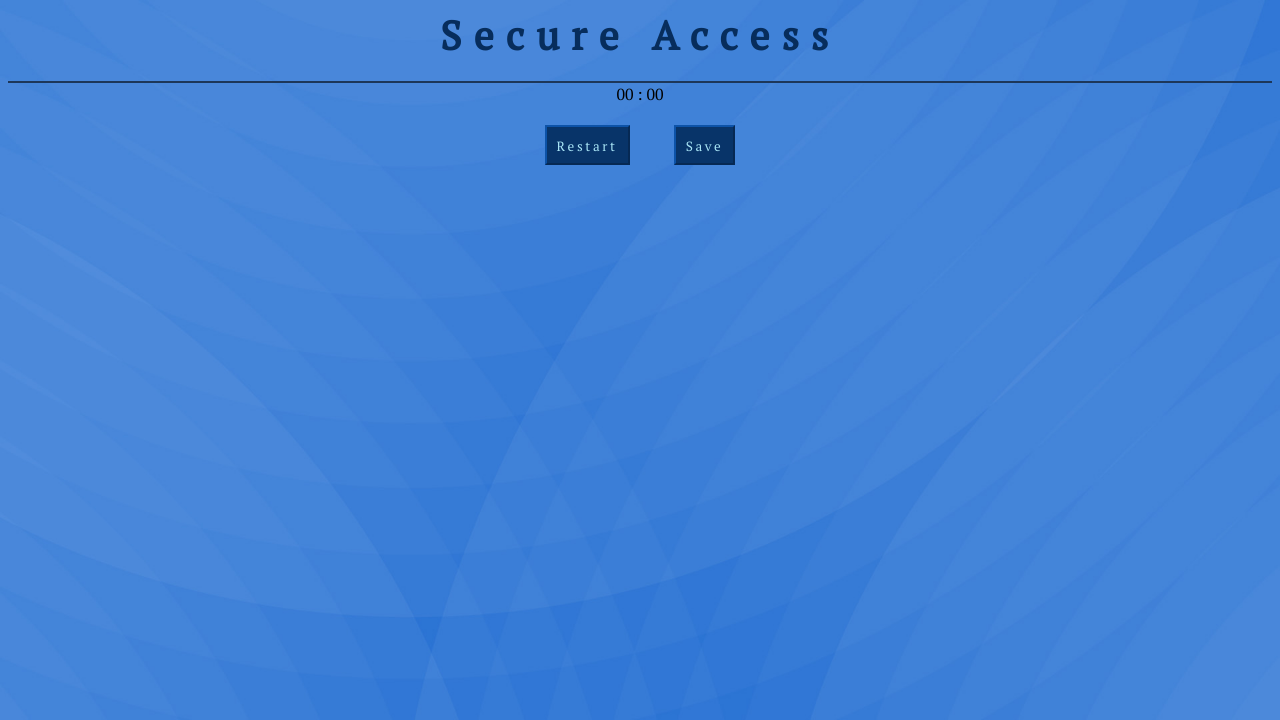
Repository: dabarreiroh/SECURE-ACCESS
Page: accessecure/templates/home/startaudio.html
The author's editor kept a copy of each file at every save. The page is drawn from the files as they stood at one save, then again after the next save.
The browser window is 1280 px wide. The pictures show the whole page.

Above is the page before, as saved 2020-03-17 00:27:27.
Console error: ReferenceError: arrancarcontador is not defined

### accessecure/templates/home/startaudio.html
<!DOCTYPE html>
<html>
    <head>
        <link rel="stylesheet" href="./../../static/admin/css/index/index.css">
        <link href="https://fonts.googleapis.com/css?family=PT+Serif&display=swap" rel="stylesheet">

    </head>
    <body>
        <h1>Secure Access</h1>



        <body onload="arrancarcontador()">
        <div id="contador" class="contador">
            0<span id="contador1" class="contador1">0</span>
            :
            <span id="contador2" class="contador2">00</span>

            <div>
                <input type="button" value="Restart" onClick="window.location.href='../'">
                <input type="button" value="Save" onClick="window.location.href='../'">
            </div>
        </div>
    </body>
</html>

### accessecure/static/admin/css/index/index.css
*{
    text-align: center;
    font-family: 'PT Serif', serif;
}

body{
    background-image: url(../../img/background.jpg);
    background-size: cover;
}

h1{
    color: #072D5C;
    /* color: #1D3759; */
    letter-spacing: 0.3em;
    font-size: 40px;
    border-bottom: 2px solid #1D3759;
    padding-bottom: 20px;
    margin: 0;
}

h3{
    color: #072D5C;
    letter-spacing: 0.1em;
    margin-bottom: 10px;
}

.options{
    border: solid #1D3759;
    border-width: 0px 0px 2px 0px;
    width: 90vw;
    margin: 0 auto;
}

input{
    margin: 20px;
    height: 40px;
    padding: 10px;
    letter-spacing: 0.2em;
    /* background-color: #072D5C;
    border: 2px solid #406FA8; */
    background-color: #083469;
    border: 2px solid #0D53A8;
    border-style: outset;
    color: #A8E4F5;
}

input:hover{
    background-color: #106903;
}

img{
    margin: 0 auto;
}

After the next save:
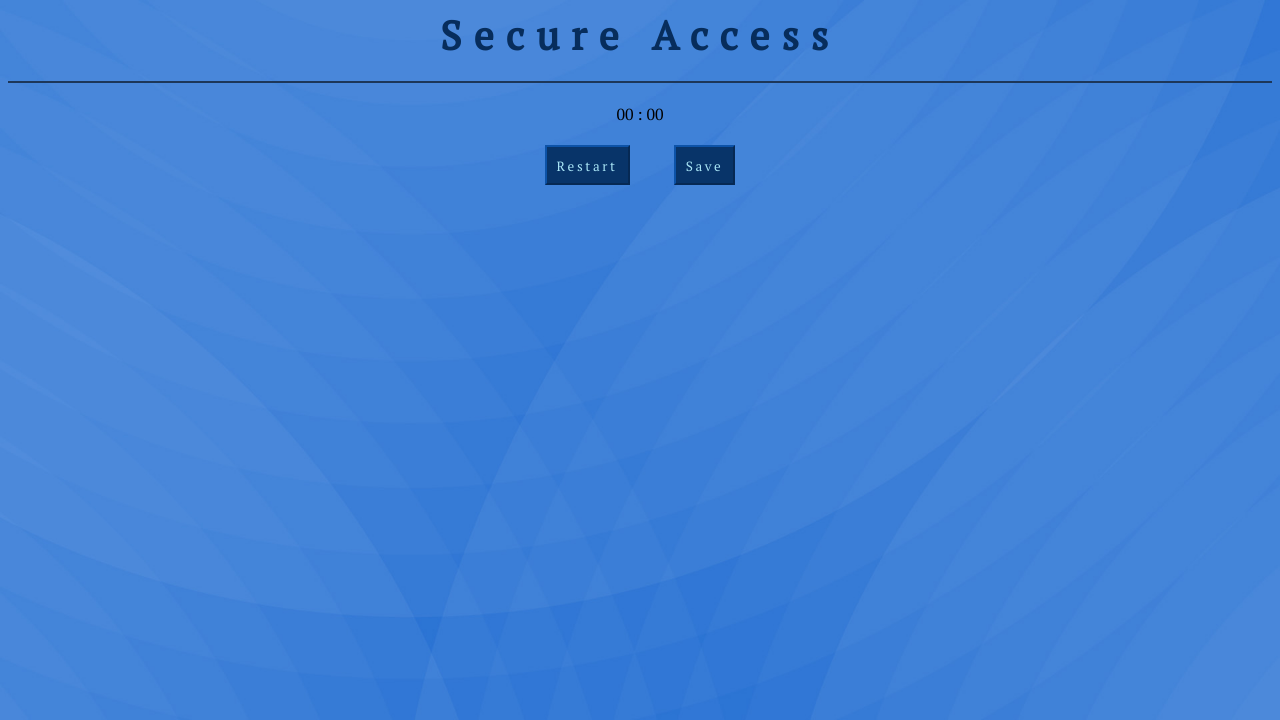
Saved 68 s later.
--- a/accessecure/static/admin/css/index/index.css
+++ b/accessecure/static/admin/css/index/index.css
@@ -51,3 +51,7 @@ input:hover{
 img{
     margin: 0 auto;
 }
+
+.contador{
+    margin-top: 20px;
+}
